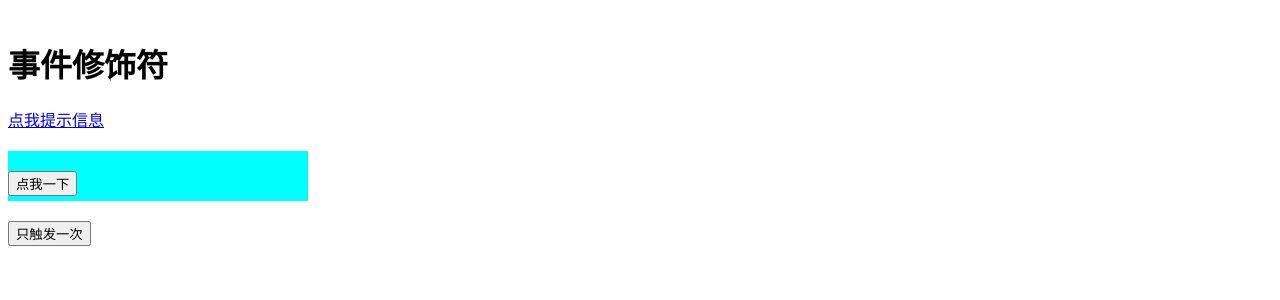
Repository: ldqml/project
Page: vue/vuehtml/xiushifu.html
The author's editor kept a copy of each file at every save. The page is drawn from the files as they stood at one save, then again after the next save.
The browser window is 1280 px wide. The pictures show the whole page.

Above is the page before, as saved 2022-07-29 14:48:38.

After the next save:
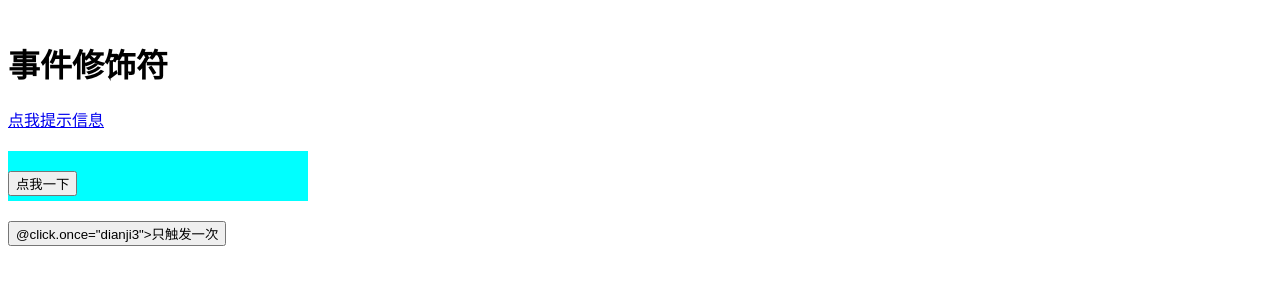
Saved 3 min 3 s later.
--- a/vue/vuehtml/xiushifu.html
+++ b/vue/vuehtml/xiushifu.html
@@ -26,7 +26,7 @@
             <button v-on:click.stop="dianji2">点我一下</button>
         </div>
 
-        <button @click.once="dianji3">只触发一次</button>
+        <button>@click.once="dianji3">只触发一次</button>
     </div>
 
     <script>

After the save that followed:
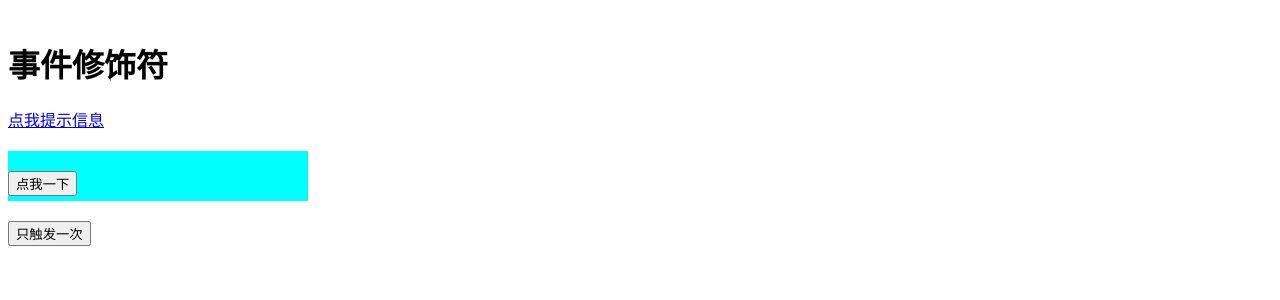
Saved 17 s later.
--- a/vue/vuehtml/xiushifu.html
+++ b/vue/vuehtml/xiushifu.html
@@ -26,7 +26,7 @@
             <button v-on:click.stop="dianji2">点我一下</button>
         </div>
 
-        <button>@click.once="dianji3">只触发一次</button>
+        <button @click.once="dianji3">只触发一次</button>
     </div>
 
     <script>
